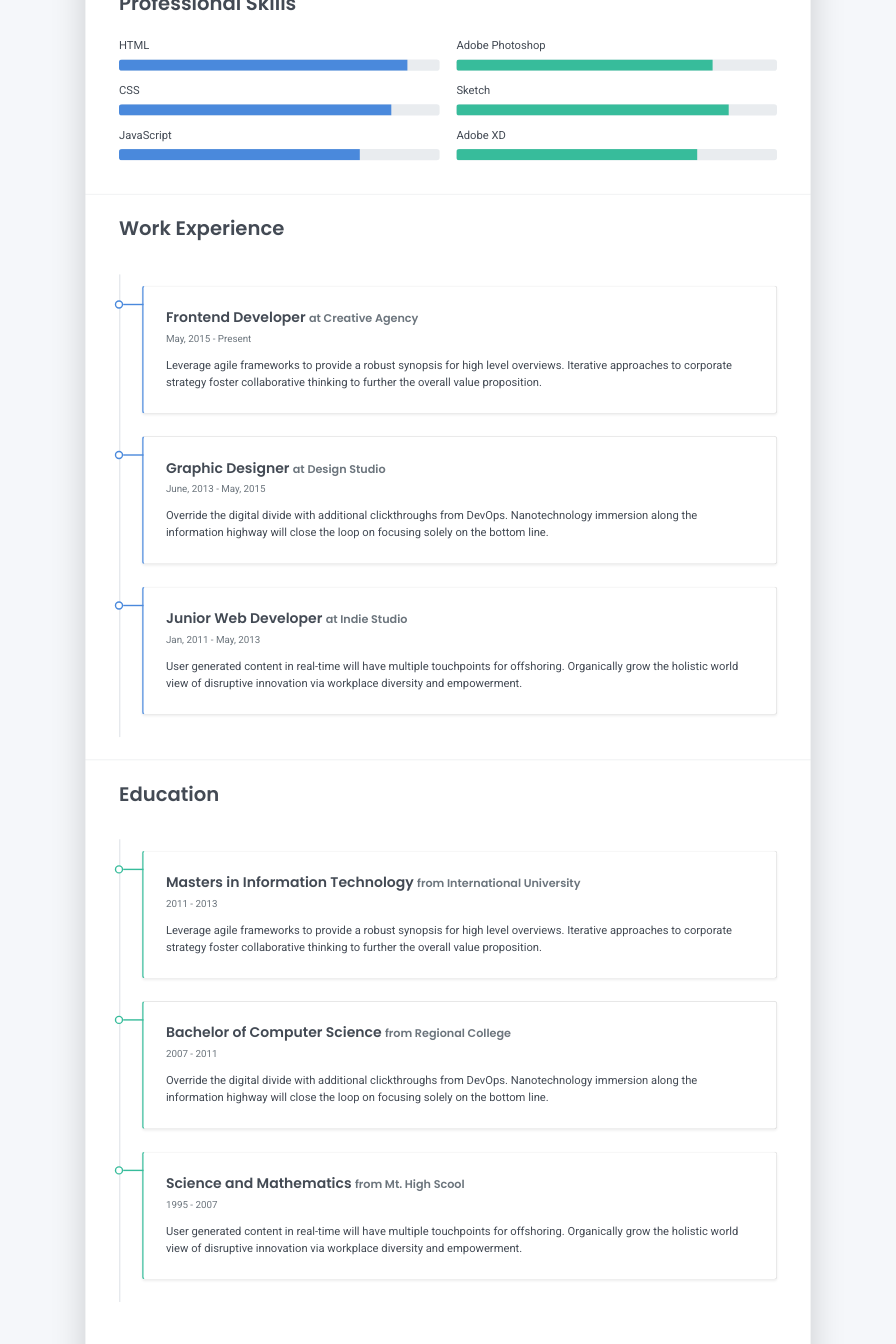
Repository: virangaj/resume
Page: index.html
The author's editor kept a copy of each file at every save. The page is drawn from the files as they stood at one save, then again after the next save.
The browser window is 1280 px wide. The pictures show the part of the page from y = 670 to 2590 px (the page is 3324 px tall before and 3388 px after), at 70% of full size.

Above is the page before, as saved 2021-08-31 19:24:03.

### index.html
<!DOCTYPE html>
<html lang="en-US">
	<head>
		<meta charset="UTF-8" />
		<meta http-equiv="X-UA-Compatible" content="IE=edge" />
		<meta name="viewport" content="width=device-width, initial-scale=1" />
		<title>Virang Jayawardana</title>
		<link
			rel="preconnect"
			href="https://fonts.gstatic.com"
			crossorigin="crossorigin"
		/>
		<link
			rel="preload"
			as="style"
			href="https://fonts.googleapis.com/css2?family=Poppins:wght@600&amp;family=Roboto:wght@300;400;500;700&amp;display=swap"
		/>
		<link
			rel="stylesheet"
			href="https://fonts.googleapis.com/css2?family=Poppins:wght@600&amp;family=Roboto:wght@300;400;500;700&amp;display=swap"
			media="print"
			onload="this.media='all'"
		/>
		<noscript>
			<link
				rel="stylesheet"
				href="https://fonts.googleapis.com/css2?family=Poppins:wght@600&amp;family=Roboto:wght@300;400;500;700&amp;display=swap"
			/>
		</noscript>
		<link href="css/font-awesome/css/all.min.css?ver=1.2.0" rel="stylesheet" />
		<link href="css/bootstrap.min.css?ver=1.2.0" rel="stylesheet" />
		<link href="css/aos.css?ver=1.2.0" rel="stylesheet" />
		<link href="css/main.css?ver=1.2.0" rel="stylesheet" />
		<noscript>
			<style type="text/css">
				[data-aos] {
					opacity: 1 !important;
					transform: translate(0) scale(1) !important;
				}
			</style>
		</noscript>
	</head>
	<body id="top">
		<header class="d-print-none">
			<div class="container text-center text-lg-left">
				<div class="py-3 clearfix">
					<h1 class="site-title mb-0">Virang Jayawardana</h1>
					<div class="site-nav">
						<nav role="navigation">
							<ul class="nav justify-content-center">
								<li class="nav-item">
									<a
										class="nav-link"
										href="https://twitter.com/VirangaPasi"
										title="Twitter"
										><i class="fab fa-twitter"></i
										><span class="menu-title sr-only">Twitter</span></a
									>
								</li>
								<li class="nav-item">
									<a
										class="nav-link"
										href="https://www.facebook.com/virangapasindu.jayawardana/"
										title="Facebook"
										><i class="fab fa-facebook"></i
										><span class="menu-title sr-only">Facebook</span></a
									>
								</li>
								<li class="nav-item">
									<a
										class="nav-link"
										href="https://www.instagram.com/pasiya_k9/"
										title="Instagram"
										><i class="fab fa-instagram"></i
										><span class="menu-title sr-only">Instagram</span></a
									>
								</li>
								<li class="nav-item">
									<a
										class="nav-link"
										href="https://github.com/Viranga-pasi"
										title="Github"
										><i class="fab fa-github"></i
										><span class="menu-title sr-only">Github</span></a
									>
								</li>
							</ul>
						</nav>
					</div>
				</div>
			</div>
		</header>
		<div class="page-content">
			<div class="container">
				<div class="cover shadow-lg bg-white">
					<div class="cover-bg p-3 p-lg-4 text-white">
						<div class="row">
							<div class="col-lg-4 col-md-5">
								<div class="avatar hover-effect bg-white shadow-sm p-1">
									<img src="images/avatar.jpg" width="200" height="200" />
								</div>
							</div>
							<div class="col-lg-8 col-md-7 text-center text-md-start">
								<h2 class="h1 mt-2" data-aos="fade-left" data-aos-delay="0">
									Joyce Harrison
								</h2>
								<p data-aos="fade-left" data-aos-delay="100">
									Undergraduate | Web Developer
								</p>
								<div
									class="d-print-none"
									data-aos="fade-left"
									data-aos-delay="200"
								>
									<a
										class="btn btn-light text-dark shadow-sm mt-1 me-1"
										href="right-resume.pdf"
										target="_blank"
										>Download CV</a
									><a class="btn btn-success shadow-sm mt-1" href="#contact"
										>Hire Me</a
									>
								</div>
							</div>
						</div>
					</div>
					<div class="about-section pt-4 px-3 px-lg-4 mt-1">
						<div class="row">
							<div class="col-md-6">
								<h2 class="h3 mb-3">About Me</h2>
								<p>
									Hello! I’m Viranga Jayawardana. I am passionate about new
									technologies and Web Design. I am a skilled Front-end
									Developer and amazing video editor.
								</p>
							</div>
							<div class="col-md-5 offset-md-1">
								<div class="row mt-2">
									<div class="col-sm-4">
										<div class="pb-1">Age</div>
									</div>
									<div class="col-sm-8">
										<div class="pb-1 text-secondary">24</div>
									</div>
									<div class="col-sm-4">
										<div class="pb-1">Email</div>
									</div>
									<div class="col-sm-8">
										<div class="pb-1 text-secondary">
											virangapasindu4@gmail.com
										</div>
									</div>
									<div class="col-sm-4">
										<div class="pb-1">Phone</div>
									</div>
									<div class="col-sm-8">
										<div class="pb-1 text-secondary">+94 71 530 9595</div>
									</div>
									<div class="col-sm-4">
										<div class="pb-1">Address</div>
									</div>
									<div class="col-sm-8">
										<div class="pb-1 text-secondary">
											Samanala, Galdola, Kotapola, Sri Lanka
										</div>
									</div>
								</div>
							</div>
						</div>
					</div>
					<hr class="d-print-none" />
					<div class="skills-section px-3 px-lg-4">
						<h2 class="h3 mb-3">Professional Skills</h2>
						<div class="row">
							<div class="col-md-6">
								<div class="mb-2">
									<span>HTML</span>
									<div class="progress my-1">
										<div
											class="progress-bar bg-primary"
											role="progressbar"
											data-aos="zoom-in-right"
											data-aos-delay="100"
											data-aos-anchor=".skills-section"
											style="width: 90%"
											aria-valuenow="90"
											aria-valuemin="0"
											aria-valuemax="100"
										></div>
									</div>
								</div>
								<div class="mb-2">
									<span>CSS</span>
									<div class="progress my-1">
										<div
											class="progress-bar bg-primary"
											role="progressbar"
											data-aos="zoom-in-right"
											data-aos-delay="200"
											data-aos-anchor=".skills-section"
											style="width: 85%"
											aria-valuenow="85"
											aria-valuemin="0"
											aria-valuemax="100"
										></div>
									</div>
								</div>
								<div class="mb-2">
									<span>JavaScript</span>
									<div class="progress my-1">
										<div
											class="progress-bar bg-primary"
											role="progressbar"
											data-aos="zoom-in-right"
											data-aos-delay="300"
											data-aos-anchor=".skills-section"
											style="width: 75%"
											aria-valuenow="75"
											aria-valuemin="0"
											aria-valuemax="100"
										></div>
									</div>
								</div>
							</div>
							<div class="col-md-6">
								<div class="mb-2">
									<span>Adobe Photoshop</span>
									<div class="progress my-1">
										<div
											class="progress-bar bg-success"
											role="progressbar"
											data-aos="zoom-in-right"
											data-aos-delay="400"
											data-aos-anchor=".skills-section"
											style="width: 80%"
											aria-valuenow="90"
											aria-valuemin="0"
											aria-valuemax="100"
										></div>
									</div>
								</div>
								<div class="mb-2">
									<span>Sketch</span>
									<div class="progress my-1">
										<div
											class="progress-bar bg-success"
											role="progressbar"
											data-aos="zoom-in-right"
											data-aos-delay="500"
											data-aos-anchor=".skills-section"
											style="width: 85%"
											aria-valuenow="85"
											aria-valuemin="0"
											aria-valuemax="100"
										></div>
									</div>
								</div>
								<div class="mb-2">
									<span>Adobe XD</span>
									<div class="progress my-1">
										<div
											class="progress-bar bg-success"
											role="progressbar"
											data-aos="zoom-in-right"
											data-aos-delay="600"
											data-aos-anchor=".skills-section"
											style="width: 75%"
											aria-valuenow="75"
											aria-valuemin="0"
											aria-valuemax="100"
										></div>
									</div>
								</div>
							</div>
						</div>
					</div>
					<hr class="d-print-none" />
					<div class="work-experience-section px-3 px-lg-4">
						<h2 class="h3 mb-4">Work Experience</h2>
						<div class="timeline">
							<div class="timeline-card timeline-card-primary card shadow-sm">
								<div class="card-body">
									<div class="h5 mb-1">
										Frontend Developer
										<span class="text-muted h6">at Creative Agency</span>
									</div>
									<div class="text-muted text-small mb-2">
										May, 2015 - Present
									</div>
									<div>
										Leverage agile frameworks to provide a robust synopsis for
										high level overviews. Iterative approaches to corporate
										strategy foster collaborative thinking to further the
										overall value proposition.
									</div>
								</div>
							</div>
							<div class="timeline-card timeline-card-primary card shadow-sm">
								<div class="card-body">
									<div class="h5 mb-1">
										Graphic Designer
										<span class="text-muted h6">at Design Studio</span>
									</div>
									<div class="text-muted text-small mb-2">
										June, 2013 - May, 2015
									</div>
									<div>
										Override the digital divide with additional clickthroughs
										from DevOps. Nanotechnology immersion along the information
										highway will close the loop on focusing solely on the bottom
										line.
									</div>
								</div>
							</div>
							<div class="timeline-card timeline-card-primary card shadow-sm">
								<div class="card-body">
									<div class="h5 mb-1">
										Junior Web Developer
										<span class="text-muted h6">at Indie Studio</span>
									</div>
									<div class="text-muted text-small mb-2">
										Jan, 2011 - May, 2013
									</div>
									<div>
										User generated content in real-time will have multiple
										touchpoints for offshoring. Organically grow the holistic
										world view of disruptive innovation via workplace diversity
										and empowerment.
									</div>
								</div>
							</div>
						</div>
					</div>
					<hr class="d-print-none" />
					<div class="page-break"></div>
					<div class="education-section px-3 px-lg-4 pb-4">
						<h2 class="h3 mb-4">Education</h2>
						<div class="timeline">
							<div class="timeline-card timeline-card-success card shadow-sm">
								<div class="card-body">
									<div class="h5 mb-1">
										Masters in Information Technology
										<span class="text-muted h6"
											>from International University</span
										>
									</div>
									<div class="text-muted text-small mb-2">2011 - 2013</div>
									<div>
										Leverage agile frameworks to provide a robust synopsis for
										high level overviews. Iterative approaches to corporate
										strategy foster collaborative thinking to further the
										overall value proposition.
									</div>
								</div>
							</div>
							<div class="timeline-card timeline-card-success card shadow-sm">
								<div class="card-body">
									<div class="h5 mb-1">
										Bachelor of Computer Science
										<span class="text-muted h6">from Regional College</span>
									</div>
									<div class="text-muted text-small mb-2">2007 - 2011</div>
									<div>
										Override the digital divide with additional clickthroughs
										from DevOps. Nanotechnology immersion along the information
										highway will close the loop on focusing solely on the bottom
										line.
									</div>
								</div>
							</div>
							<div class="timeline-card timeline-card-success card shadow-sm">
								<div class="card-body">
									<div class="h5 mb-1">
										Science and Mathematics
										<span class="text-muted h6">from Mt. High Scool</span>
									</div>
									<div class="text-muted text-small mb-2">1995 - 2007</div>
									<div>
										User generated content in real-time will have multiple
										touchpoints for offshoring. Organically grow the holistic
										world view of disruptive innovation via workplace diversity
										and empowerment.
									</div>
								</div>
							</div>
						</div>
					</div>
					<hr class="d-print-none" />
					<div class="contant-section px-3 px-lg-4 pb-4" id="contact">
						<h2 class="h3 text mb-3">Contact</h2>
						<div class="row">
							<div class="col-md-7 d-print-none">
								<div class="my-2">
									<form
										action="https://formspree.io/your@email.com"
										method="POST"
									>
										<div class="row">
											<div class="col-6">
												<input
													class="form-control"
													type="text"
													id="name"
													name="name"
													placeholder="Your Name"
													required
												/>
											</div>
											<div class="col-6">
												<input
													class="form-control"
													type="email"
													id="email"
													name="_replyto"
													placeholder="Your E-mail"
													required
												/>
											</div>
										</div>
										<div class="form-group my-2">
											<textarea
												class="form-control"
												style="resize: none"
												id="message"
												name="message"
												rows="4"
												placeholder="Your Message"
												required
											></textarea>
										</div>
										<button class="btn btn-primary mt-2" type="submit">
											Send
										</button>
									</form>
								</div>
							</div>
							<div class="col">
								<div class="mt-2">
									<h3 class="h6">Address</h3>
									<div class="pb-2 text-secondary">
										140, City Center, New York, U.S.A
									</div>
									<h3 class="h6">Phone</h3>
									<div class="pb-2 text-secondary">+0718-111-0011</div>
									<h3 class="h6">Email</h3>
									<div class="pb-2 text-secondary">Joyce@company.com</div>
								</div>
							</div>
							<div class="col d-none d-print-block">
								<div class="mt-2">
									<div>
										<div class="mb-2">
											<div class="text-dark">
												<i class="fab fa-twitter mr-1"></i
												><span>https://twitter.com/templateflip</span>
											</div>
										</div>
										<div class="mb-2">
											<div class="text-dark">
												<i class="fab fa-facebook mr-1"></i
												><span>https://www.facebook.com/templateflip</span>
											</div>
										</div>
										<div class="mb-2">
											<div class="text-dark">
												<i class="fab fa-instagram mr-1"></i
												><span>https://www.instagram.com/templateflip</span>
											</div>
										</div>
										<div class="mb-2">
											<div class="text-dark">
												<i class="fab fa-github mr-1"></i
												><span>https://github.com/templateflip</span>
											</div>
										</div>
									</div>
								</div>
							</div>
						</div>
					</div>
				</div>
			</div>
		</div>
		<footer class="pt-4 pb-4 text-muted text-center d-print-none">
			<div class="container">
				<div class="my-3">
					<div class="h4">Joyce Harrison</div>
					<div class="footer-nav">
						<nav role="navigation">
							<ul class="nav justify-content-center">
								<li class="nav-item">
									<a
										class="nav-link"
										href="https://twitter.com/templateflip"
										title="Twitter"
										><i class="fab fa-twitter"></i
										><span class="menu-title sr-only">Twitter</span></a
									>
								</li>
								<li class="nav-item">
									<a
										class="nav-link"
										href="https://www.facebook.com/templateflip"
										title="Facebook"
										><i class="fab fa-facebook"></i
										><span class="menu-title sr-only">Facebook</span></a
									>
								</li>
								<li class="nav-item">
									<a
										class="nav-link"
										href="https://www.instagram.com/templateflip"
										title="Instagram"
										><i class="fab fa-instagram"></i
										><span class="menu-title sr-only">Instagram</span></a
									>
								</li>
								<li class="nav-item">
									<a
										class="nav-link"
										href="https://github.com/templateflip"
										title="Github"
										><i class="fab fa-github"></i
										><span class="menu-title sr-only">Github</span></a
									>
								</li>
							</ul>
						</nav>
					</div>
				</div>
				<div class="text-small">
					<div class="mb-1">&copy; Right Resume. All rights reserved.</div>
					<div>
						Design -
						<a href="https://templateflip.com/" target="_blank">TemplateFlip</a>
					</div>
				</div>
			</div>
		</footer>
		<script src="scripts/bootstrap.bundle.min.js?ver=1.2.0"></script>
		<script src="scripts/aos.js?ver=1.2.0"></script>
		<script src="scripts/main.js?ver=1.2.0"></script>
	</body>
</html>

### css/main.css
/* Buttons */
/* Inputs */
/* Timeline custom component */
.timeline {
	border-left: 2px solid #e6e9ed;
	padding: 1rem 0;
}

.timeline-card {
	position: relative;
	margin-left: 31px;
	border-left: 2px solid;
	margin-bottom: 2rem;
}

.timeline-card:last-child {
	margin-bottom: 1rem;
}

.timeline-card:before {
	content: '';
	display: inline-block;
	position: absolute;
	background-color: #fff;
	border-radius: 10px;
	width: 12px;
	height: 12px;
	top: 20px;
	left: -41px;
	border: 2px solid;
	z-index: 2;
}

.timeline-card:after {
	content: '';
	display: inline-block;
	position: absolute;
	background-color: currentColor;
	width: 29px;
	height: 2px;
	top: 25px;
	left: -29px;
	z-index: 1;
}

.timeline-card-primary {
	border-left-color: #4a89dc;
}

.timeline-card-primary:before {
	border-color: #4a89dc;
}

.timeline-card-primary:after {
	background-color: #4a89dc;
}

.timeline-card-success {
	border-left-color: #37bc9b;
}

.timeline-card-success:before {
	border-color: #37bc9b;
}

.timeline-card-success:after {
	background-color: #37bc9b;
}

html {
	scroll-behavior: smooth;
}

.site-title {
	font-size: 1.25rem;
	line-height: 2.5rem;
}

.nav-link {
	padding: 0;
	font-size: 1.25rem;
	line-height: 2.5rem;
	color: rgba(0, 0, 0, 0.5);
}

.nav-link:hover,
.nav-link:focus,
.active .nav-link {
	color: rgba(0, 0, 0, 0.8);
}

.nav-item + .nav-item {
	margin-left: 1rem;
}

.cover {
	border-radius: 10px;
}

.cover-bg {
	background-color: #4a89dc;
	background-image: url("data:[embedded picture, 1696 characters]");
	border-radius: 10px 10px 0 0;
}

.avatar {
	max-width: 216px;
	max-height: 216px;
	margin-top: 20px;
	text-align: center;
	margin-left: auto;
	margin-right: auto;
}

.avatar img {
	/* Safari 6.0 - 9.0 */
	/* filter: grayscale(100%); */
}

footer a:not(.nav-link) {
	color: inherit;
	border-bottom: 1px dashed;
	text-decoration: none;
	cursor: pointer;
}

@media (min-width: 48em) {
	.site-title {
		float: left;
	}
	.site-nav {
		float: right;
	}
	.avatar {
		margin-bottom: -80px;
		margin-left: 0;
	}
}

@media print {
	body {
		background-color: #fff;
	}
	.container {
		width: auto;
		max-width: 100%;
		padding: 0;
	}
	.cover,
	.cover-bg {
		border-radius: 0;
	}
	.cover.shadow-lg {
		box-shadow: none !important;
	}
	.cover-bg {
		padding: 5rem !important;
		padding-bottom: 10px !important;
	}
	.avatar {
		margin-top: -10px;
	}
	.about-section {
		padding: 6.5rem 5rem 2rem !important;
	}
	.skills-section,
	.work-experience-section,
	.education-section,
	.contant-section {
		padding: 1.5rem 5rem 2rem !important;
	}
	.page-break {
		padding-top: 5rem;
		page-break-before: always;
	}
}

Loaded but not shown: css/font-awesome/css/all.min.css (library); css/bootstrap.min.css (library); css/aos.css (library); scripts/bootstrap.bundle.min.js (library); scripts/aos.js (library); scripts/main.js (common file)

After the next save:
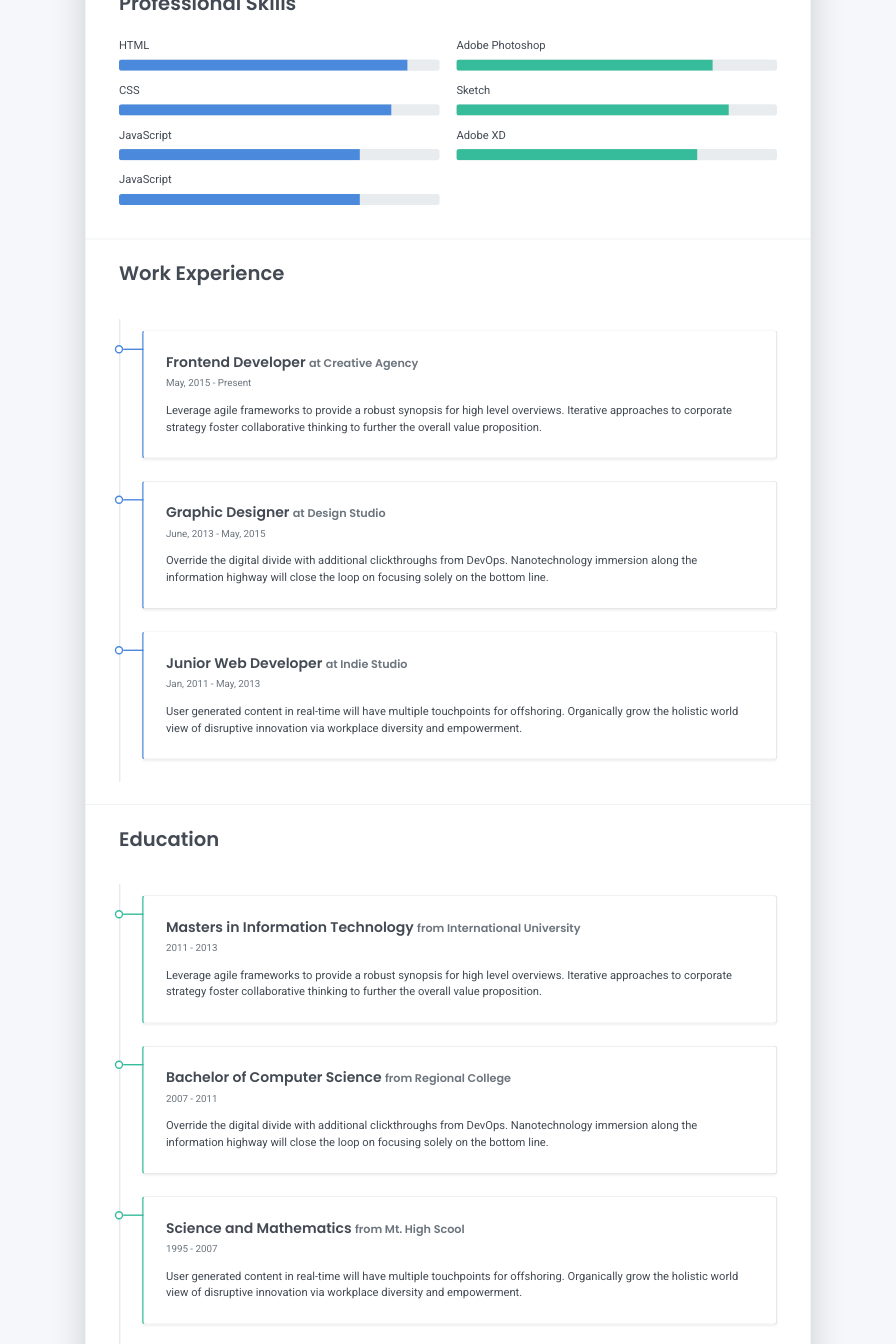
Saved 72 s later.
--- a/index.html
+++ b/index.html
@@ -221,6 +221,22 @@
 										></div>
 									</div>
 								</div>
+								<div class="mb-2">
+									<span>JavaScript</span>
+									<div class="progress my-1">
+										<div
+											class="progress-bar bg-primary"
+											role="progressbar"
+											data-aos="zoom-in-right"
+											data-aos-delay="300"
+											data-aos-anchor=".skills-section"
+											style="width: 75%"
+											aria-valuenow="75"
+											aria-valuemin="0"
+											aria-valuemax="100"
+										></div>
+									</div>
+								</div>
 							</div>
 							<div class="col-md-6">
 								<div class="mb-2">
